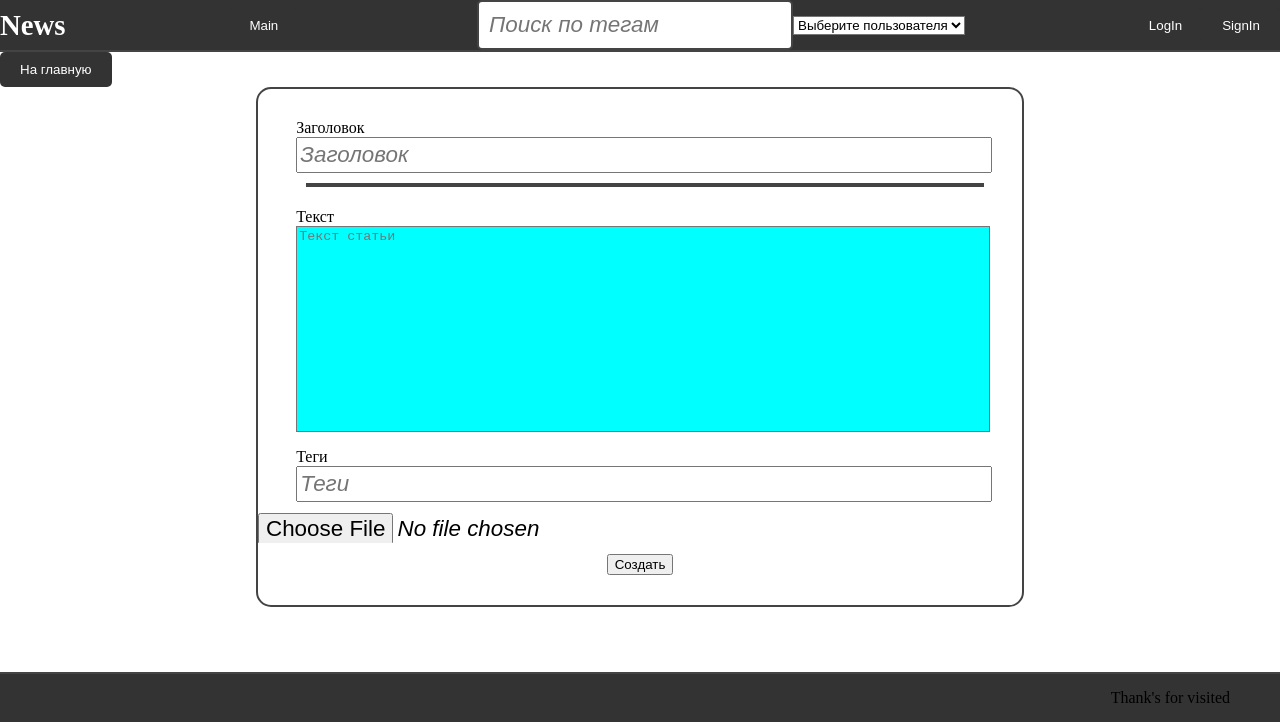
Repository: Igor-Blazhko/news_frontend
Page: /CreatePost
An editor plug-in stored every save of this project. The page is shown before and after the next save, followed by the edit.
The browser window is 1280 px wide. The pictures show the whole page.
The project was rebuilt for these pictures with package versions that can differ from the ones it lists, and the page was loaded fresh each time. Also part of the build but not shown: vite.config.ts, src/components/allPost/onePost/onePost.module.css, src/components/allPost/onePost/onePost.tsx, src/components/allPost/allPost.tsx, src/components/auth/logIn/login.module.css, src/components/auth/logIn/login.tsx, src/components/auth/register/register.tsx, src/components/pageOnePost/comments/comment.tsx and 2 more.

Above is the page before, as saved 2024-07-15 16:32:53.

After the next save:
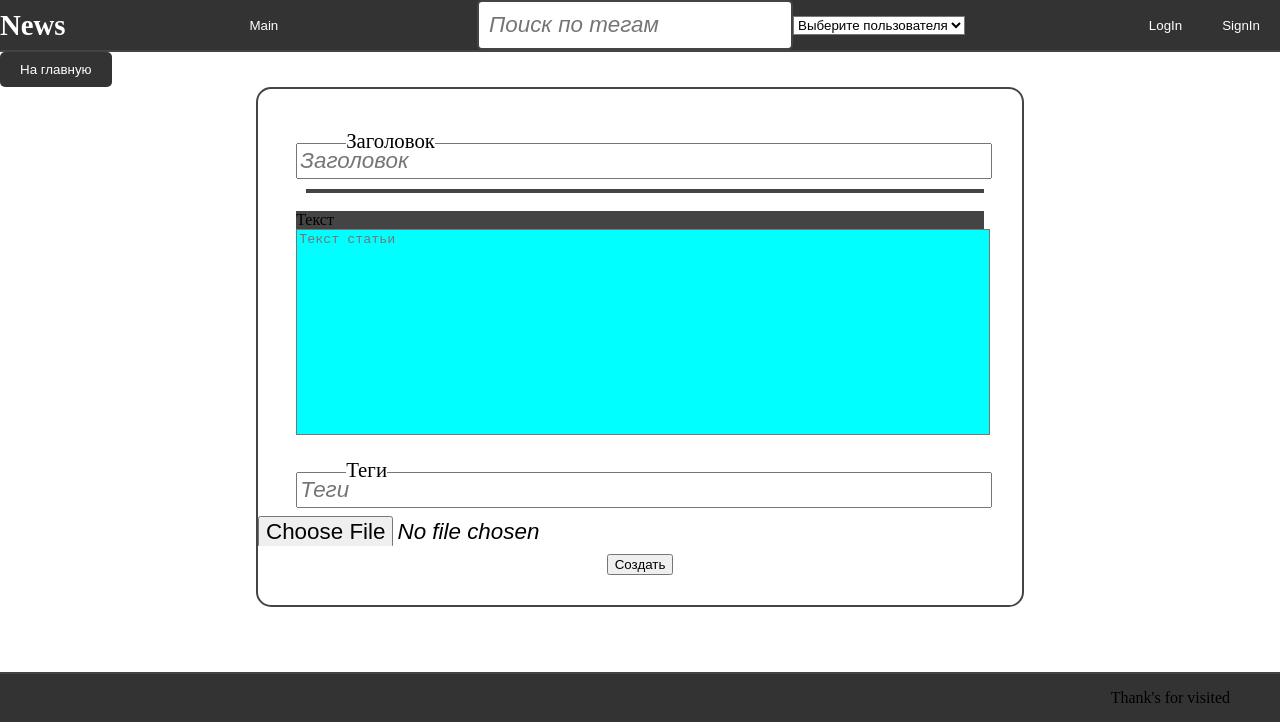
Saved 15 s later.
--- a/src/components/createPost/createPost.module.css
+++ b/src/components/createPost/createPost.module.css
@@ -16,7 +16,7 @@ form>div{
     width: 90%;
 }
 
-label .label{
+label {
     position: relative;
     top: 10px;
     left: 50px;
@@ -29,7 +29,9 @@ div:has(input:focus) label{
     transition: all 0.2s  ease-in;
     top: 0;
 }
-
+.label{
+    background-color: #444;
+}
 textarea{
 	resize: none;
     width: 100%;
